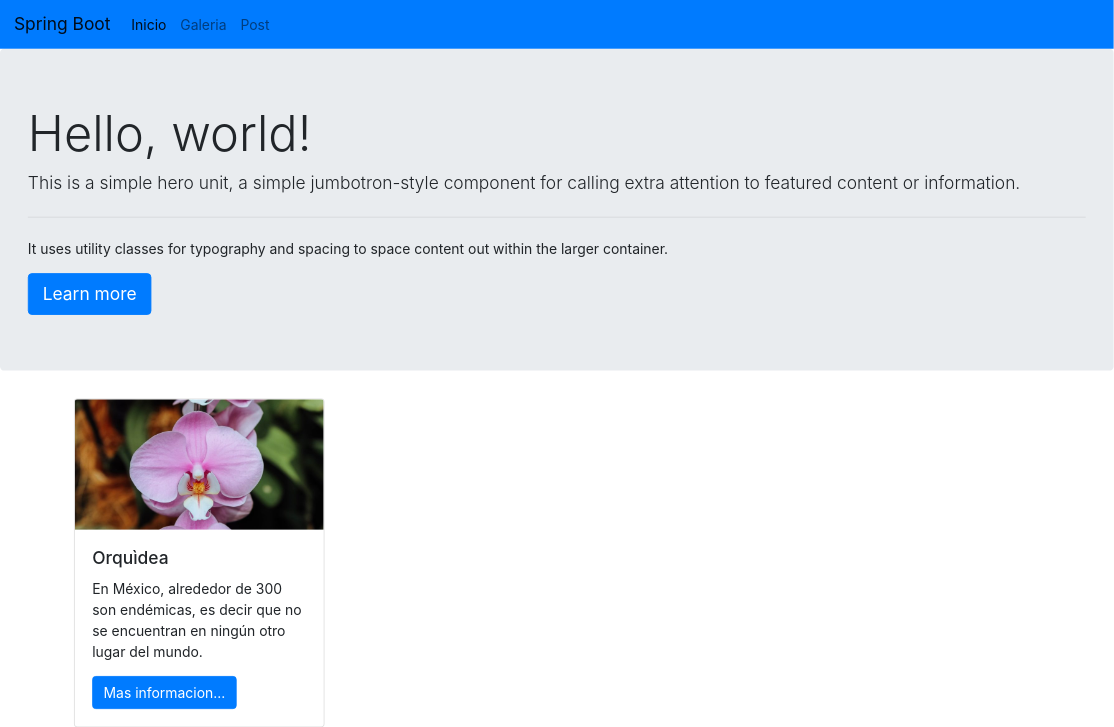
Repository: Nilda-hub/HTML
Page: http://localhost/index
The author's editor kept a copy of each file at every save. The page is drawn from the files as they stood at one save, then again after the next save.
The browser window is 1280 px wide. The pictures show the whole page, at 87% of full size.
The page is this project's Thymeleaf template; nobody is signed in. The template is opened directly, without the code that normally fills it, so the values that code supplies are empty.

Above is the page before, as saved 2021-10-22 04:47:15.

After the next save:
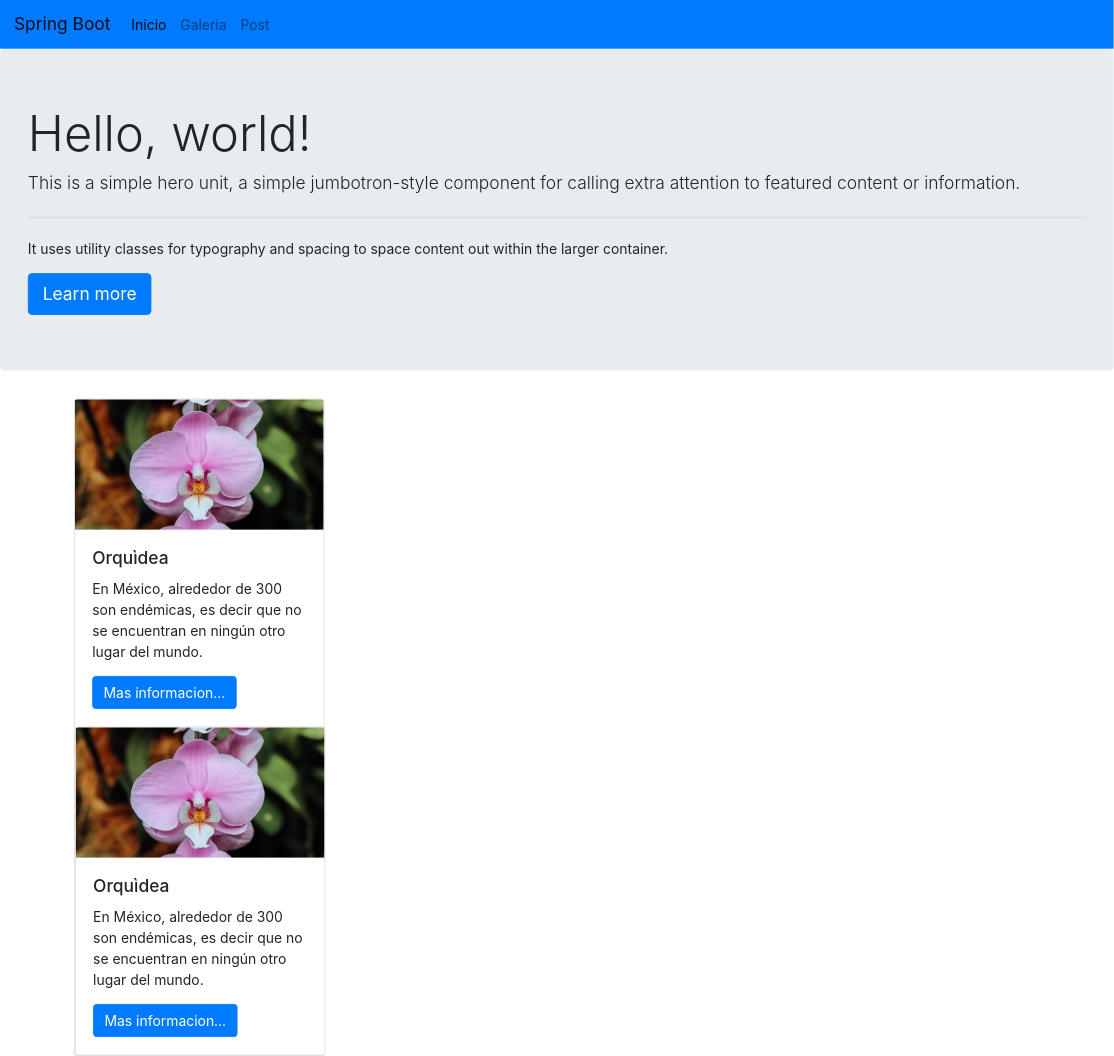
Saved 58 s later.
--- a/Springboot-Workspace/demo/src/main/resources/templates/index.html
+++ b/Springboot-Workspace/demo/src/main/resources/templates/index.html
@@ -51,6 +51,14 @@
           <p class="card-text">En México, alrededor de 300 son endémicas, es decir que no se encuentran en ningún otro lugar del mundo.</p>
           <a href="#" class="btn btn-primary">Mas informacion...</a>
           </div>
+      <!--Cards-->
+          <div class="card" style="width: 18rem;">
+          <img th:src="@{/img/post.jpg}" src="../static/post.jpg" class="card-img-top" alt="...">
+          <div class="card-body">
+          <h5 class="card-title">Orquìdea</h5>
+          <p class="card-text">En México, alrededor de 300 son endémicas, es decir que no se encuentran en ningún otro lugar del mundo.</p>
+          <a href="#" class="btn btn-primary">Mas informacion...</a>
+          </div>
      </div>
     </div>
     </div>
